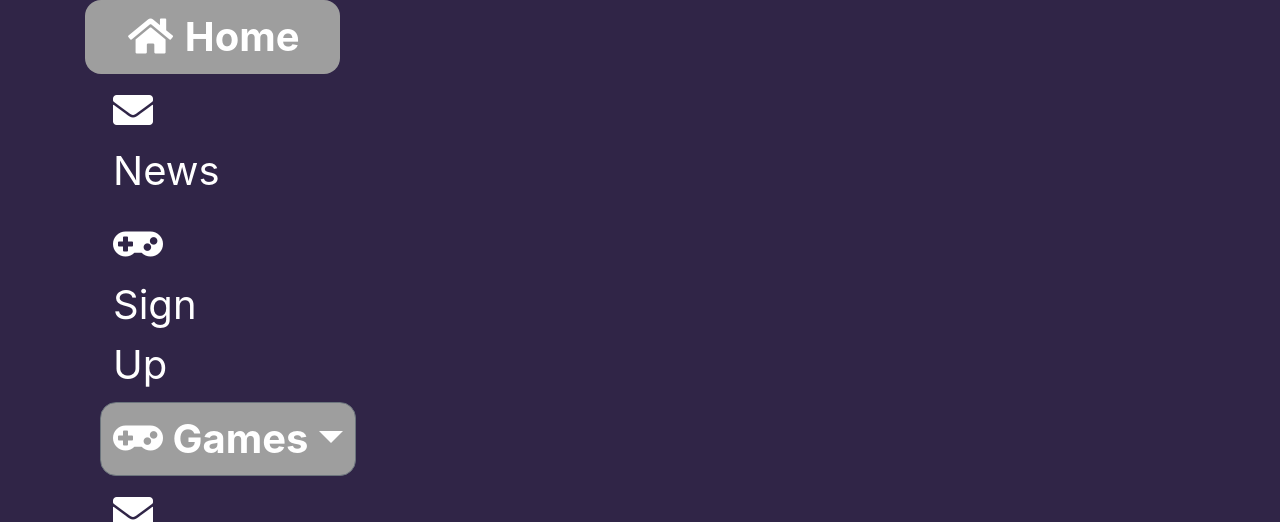
Repository: Code-Institute-Submissions/Gamesworld
Page: mortalkombat11.html
The author's editor kept a record of every edit. The page is drawn from the files as they stood at one moment, then again after the next edit.
The browser window is 1280 px wide. The pictures show the part of the page from y = 60 to 582 px (the page is 1680 px tall before and 1352 px after).
Pictures or frames that could not be fetched are drawn as grey boxes. Backgrounds fixed to the window are drawn as part of the page. Some web libraries are served in a nearby version.

Above is the page before.

After the next edit:
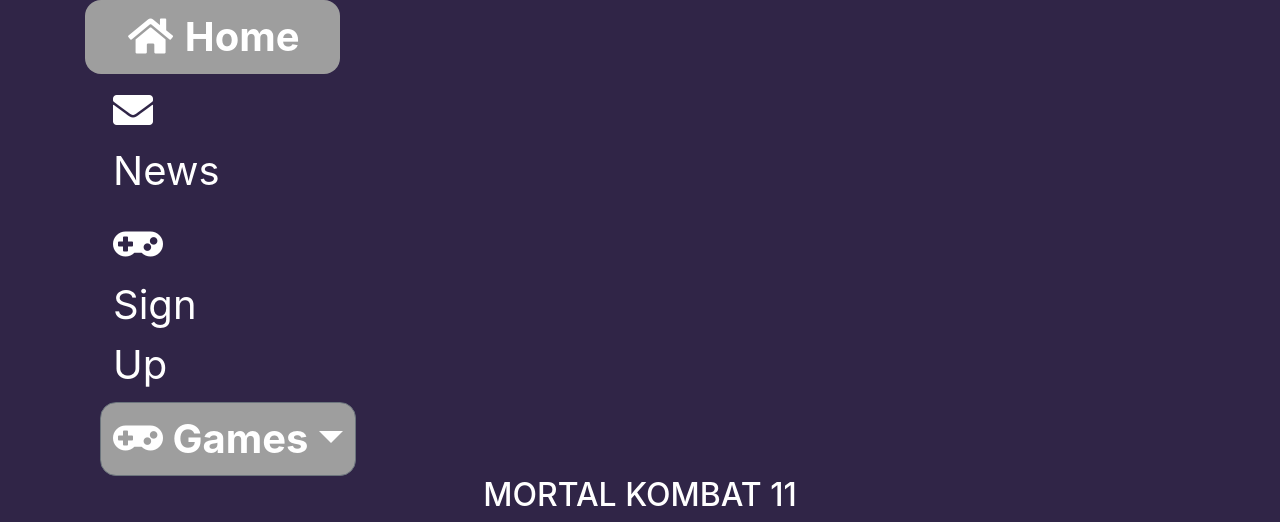
The edit:
--- a/mortalkombat11.html
+++ b/mortalkombat11.html
@@ -50,9 +50,6 @@
   </div>
 </div>
 
-
-    <div class="col-sm-3"><a href="news.html" class="btn btn-group-justified"><i class="fa fa-envelope"></i> News</a></div>
-    <div class="col-sm-3"><a href="#" class="btn btn-group-justified"><i class="fas fa-gamepad"></i> Sign Up</a></div>
     </div>
 
 </div>
